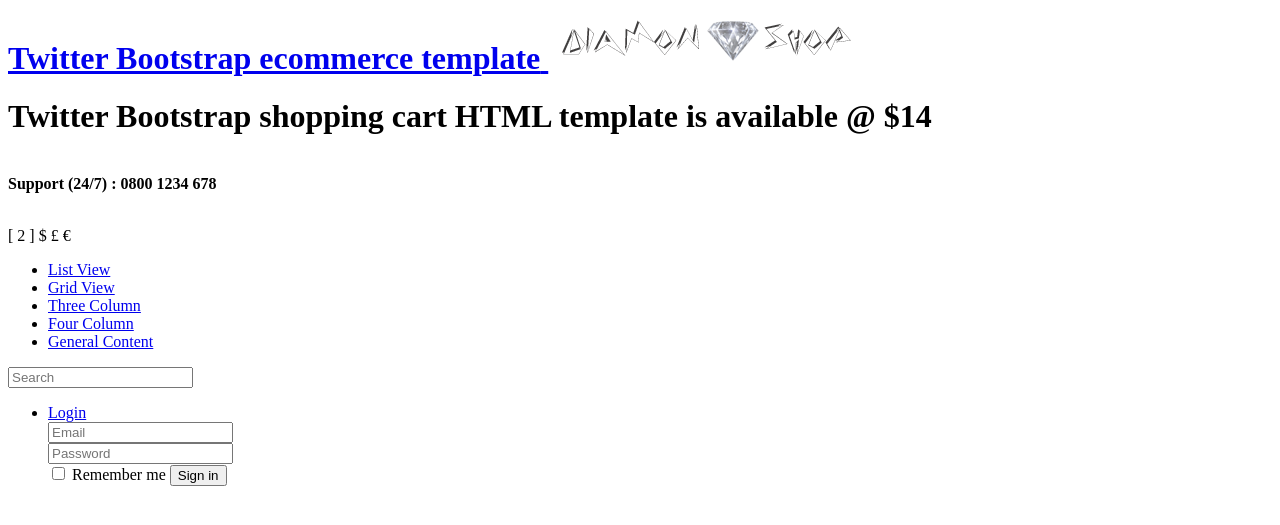
Repository: lichchich199/shopJava
Page: http://localhost/DiamonShop/WEB-INF/views/layouts/user/header.jsp
The author's editor kept a copy of each file at every save. The page is drawn from the files as they stood at one save, then again after the next save.
The browser window is 1280 px wide. The pictures show the whole page.
The page is served by Tomcat 9. Nobody is signed in. Other server files are loaded and not shown. The template is opened directly, without the code that normally fills it, so the values that code supplies are empty.

Above is the page before, as saved 2024-10-12 07:30:39.

### code/DiamonShop/src/main/webapp/WEB-INF/views/layouts/user/header.jsp
<%@ page language="java" contentType="text/html; charset=UTF-8"
	pageEncoding="UTF-8"%>
<%@ taglib uri="http://java.sun.com/jsp/jstl/core" prefix="c"%>
<header id="header">
	<div class="row">
		<div class="span4">
			<h1>
				<a class="logo" href="index.html"><span>Twitter Bootstrap
						ecommerce template</span> <img
					src="<c:url value="/assets/user/img/logo-bootstrap-shoping-cart.png"/>"
					alt="bootstrap sexy shop"> </a>
			</h1>
		</div>
		<div class="span4">
			<div class="offerNoteWrapper">
				<h1 class="dotmark">
					<i class="icon-cut"></i> Twitter Bootstrap shopping cart HTML
					template is available @ $14
				</h1>
			</div>
		</div>
		<div class="span4 alignR">
			<p>
				<br> <strong> Support (24/7) : 0800 1234 678 </strong><br>
				<br>
			</p>
			<span class="btn btn-mini">[ 2 ] <span
				class="icon-shopping-cart"></span></span> <span
				class="btn btn-warning btn-mini">$</span> <span class="btn btn-mini">&pound;</span>
			<span class="btn btn-mini">&euro;</span>
		</div>
	</div>
</header>

<!--
Navigation Bar Section
-->
<div class="navbar">
	<div class="navbar-inner">
		<div class="container">
			<a data-target=".nav-collapse" data-toggle="collapse"
				class="btn btn-navbar"> <span class="icon-bar"></span> <span
				class="icon-bar"></span> <span class="icon-bar"></span>
			</a>
			<div class="nav-collapse">
				<ul class="nav">

					<c:forEach items="${menus}" var="item" varStatus="index">
						<li class="${index.last ? 'active' : ''}"><a
							href="${ item.url }">${ item.name }</a></li>
					</c:forEach>

					<li class=""><a href="list-view.html">List View</a></li>
					<li class=""><a href="grid-view.html">Grid View</a></li>
					<li class=""><a href="three-col.html">Three Column</a></li>
					<li class=""><a href="four-col.html">Four Column</a></li>
					<li class=""><a href="general.html">General Content</a></li>
				</ul>
				<form action="#" class="navbar-search pull-left">
					<input type="text" placeholder="Search" class="search-query span2">
				</form>
				<ul class="nav pull-right">
					<li class="dropdown"><a data-toggle="dropdown"
						class="dropdown-toggle" href="#"><span class="icon-lock"></span>
							Login <b class="caret"></b></a>
						<div class="dropdown-menu">
							<form class="form-horizontal loginFrm">
								<div class="control-group">
									<input type="text" class="span2" id="inputEmail"
										placeholder="Email">
								</div>
								<div class="control-group">
									<input type="password" class="span2" id="inputPassword"
										placeholder="Password">
								</div>
								<div class="control-group">
									<label class="checkbox"> <input type="checkbox">
										Remember me
									</label>
									<button type="submit" class="shopBtn btn-block">Sign
										in</button>
								</div>
							</form>
						</div></li>
				</ul>
			</div>
		</div>
	</div>
</div>

After the next save:
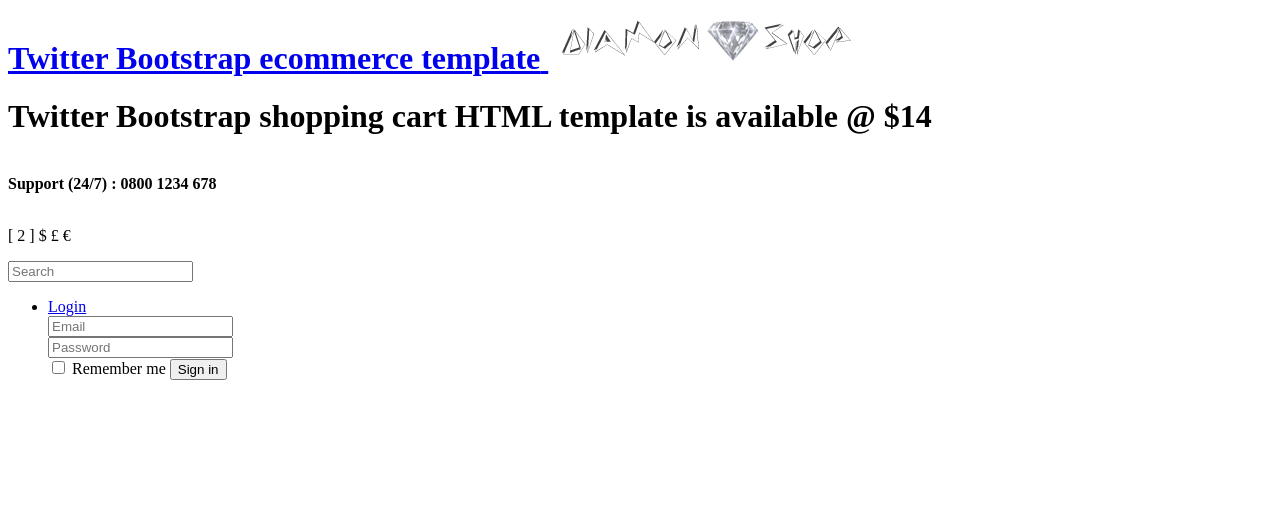
Saved 27 s later.
--- a/code/DiamonShop/src/main/webapp/WEB-INF/views/layouts/user/header.jsp
+++ b/code/DiamonShop/src/main/webapp/WEB-INF/views/layouts/user/header.jsp
@@ -44,17 +44,10 @@
 			</a>
 			<div class="nav-collapse">
 				<ul class="nav">
-
 					<c:forEach items="${menus}" var="item" varStatus="index">
 						<li class="${index.last ? 'active' : ''}"><a
 							href="${ item.url }">${ item.name }</a></li>
 					</c:forEach>
-
-					<li class=""><a href="list-view.html">List View</a></li>
-					<li class=""><a href="grid-view.html">Grid View</a></li>
-					<li class=""><a href="three-col.html">Three Column</a></li>
-					<li class=""><a href="four-col.html">Four Column</a></li>
-					<li class=""><a href="general.html">General Content</a></li>
 				</ul>
 				<form action="#" class="navbar-search pull-left">
 					<input type="text" placeholder="Search" class="search-query span2">
